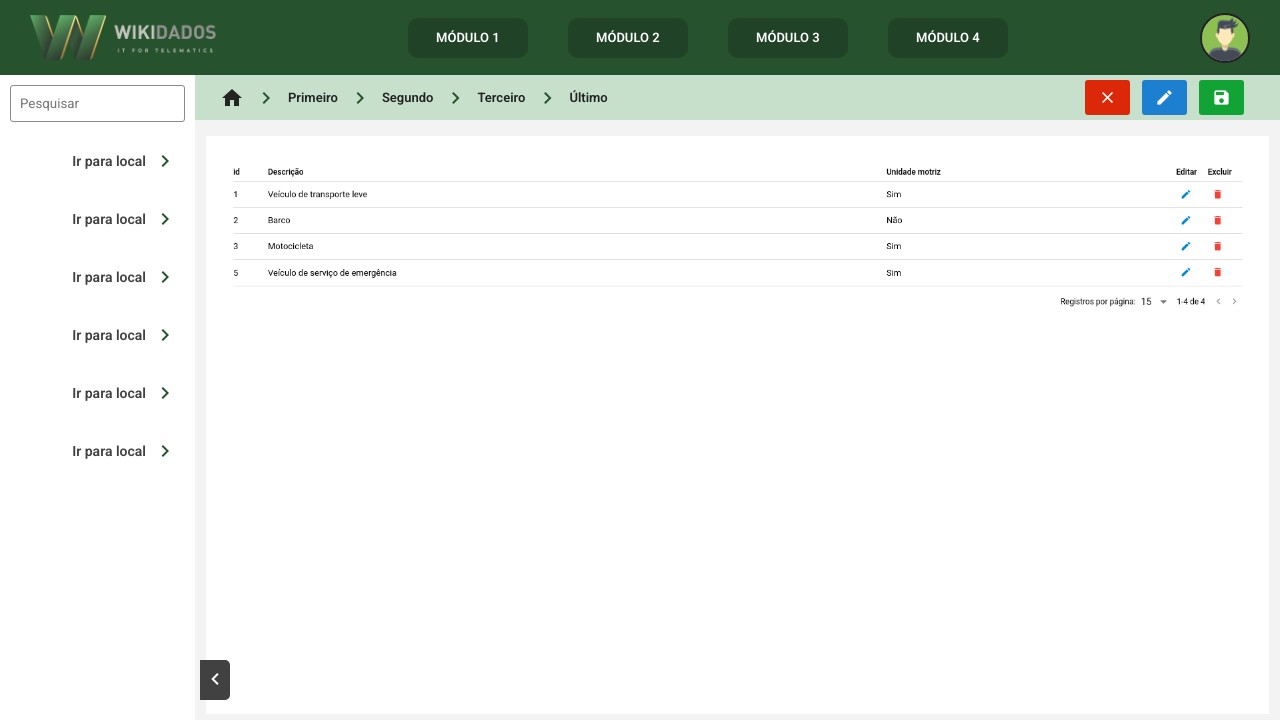
Repository: AlexDjon/alexdjon.github.io
Page: wiki-relayout/index.html
These files come from the project's save history. The page is drawn as it stood at one moment and after the next save; the edit follows.
The browser window is 1280 px wide. The pictures show the whole page.

Above is the page before, as saved 2020-08-12 17:29:35.

After the next save:
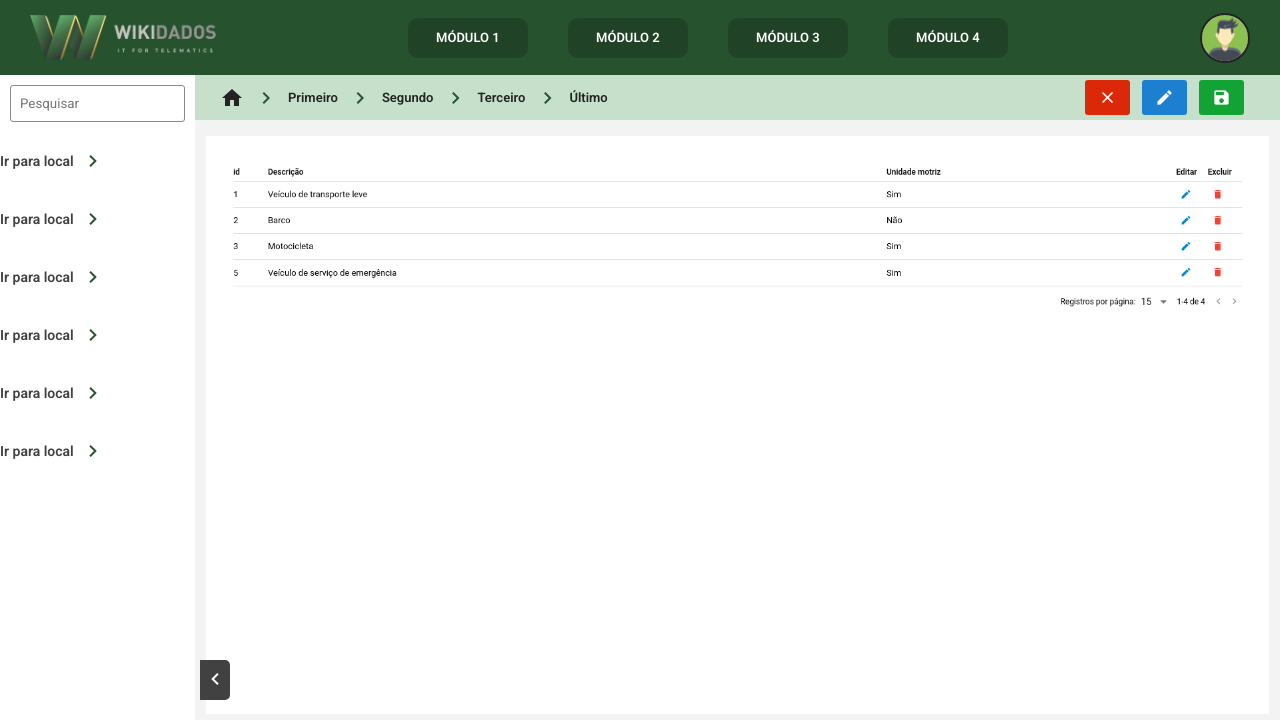
Saved 20 s later.
--- a/wiki-relayout/css/styles.css
+++ b/wiki-relayout/css/styles.css
@@ -126,7 +126,7 @@ body {
   display: flex;
   flex-direction: column;
   justify-content: flex-start;
-  align-items: flex-end;
+  align-items: flex-start;
   list-style: none;
 }
 .navbar .menu li {
